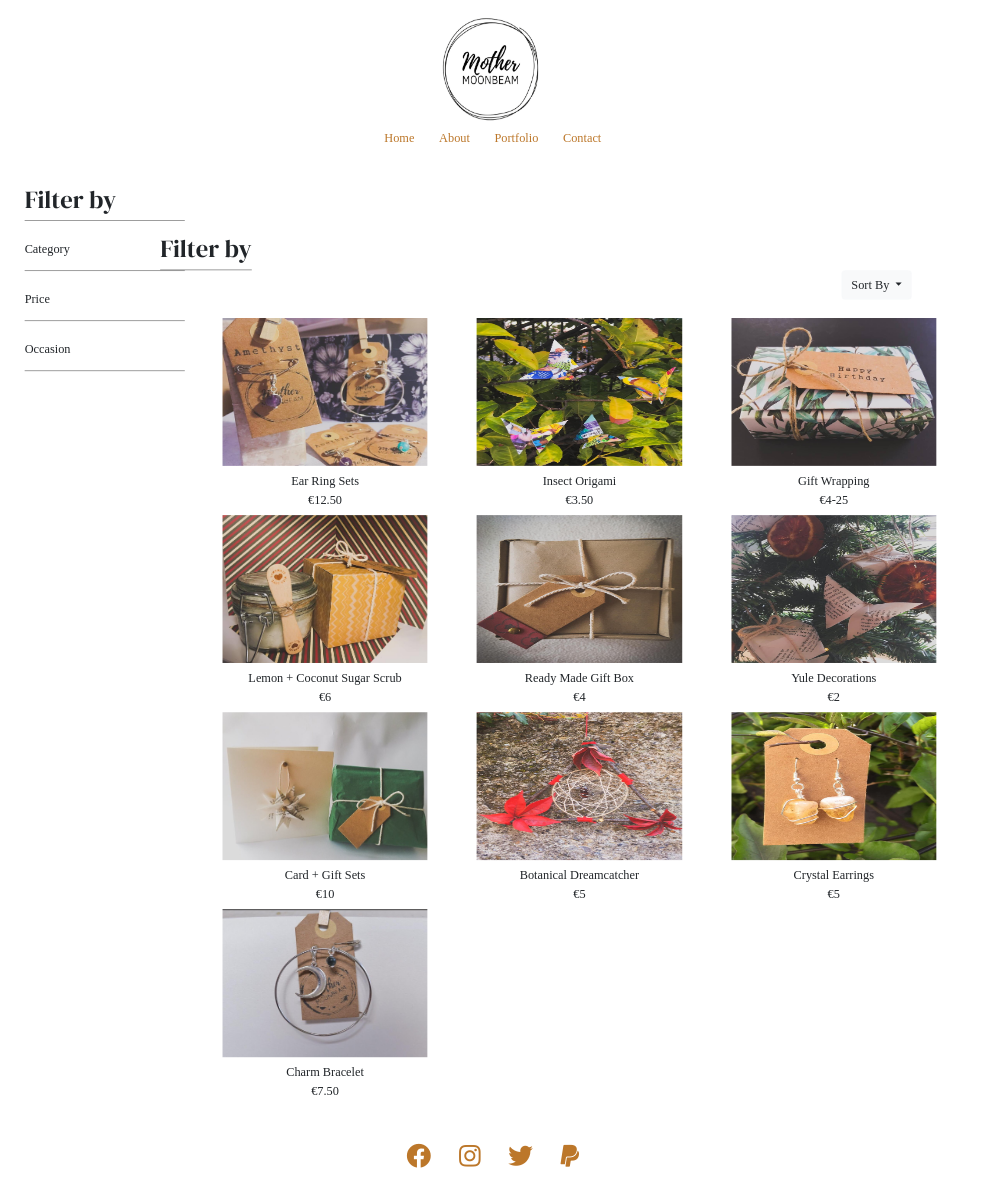
Repository: brianscan14/FE-1st-Milestone-Project
Page: Porfolio.html
The author's editor kept a record of every edit. The page is drawn from the files as they stood at one moment, then again after the next edit.
The browser window is 1280 px wide. The pictures show the whole page, at 77% of full size.
Some web libraries are served in a nearby version.

Above is the page before.

### Porfolio.html
<!DOCTYPE html>
<html lang="en">
<head>
	<meta charset="UTF-8">
	<meta name="viewport" content="width=device-width, initial-scale=1.0">
	<meta http-equiv="X-UA-Compatible" content="ie=edge">
	<link rel="stylesheet" href="https://use.fontawesome.com/releases/v5.8.2/css/all.css" type="text/css" />
	<link rel="stylesheet" href="https://stackpath.bootstrapcdn.com/bootstrap/4.3.1/css/bootstrap.min.css" type="text/css" />
	<link rel="stylesheet" href="https://stackpath.bootstrapcdn.com/bootstrap/4.3.1/css/bootstrap.min.css" type="text/css" />
	<link rel="stylesheet" href="assets/css/style.css" type="text/css" />
	<link href="https://fonts.googleapis.com/css?family=DM+Serif+Display&display=swap" rel="stylesheet">

	<title>Mother.Moonbeam | Arts & Crafts</title>
</head>

<body>


<header>

<span class="moon-logo d-none d-sm-block">
<img src="./assets/images/moonbeamlogo.png" style="width: 10em;height:10em;">
</span>

<ul class="nav nav-pills nav-small-screen mb-3 justify-content-center" id="pills-tab" role="tablist">
  <li class="nav-item">
    <a class="nav-link" id="pills-home-tab" data-toggle="pill" href="#pills-home" role="tab" aria-controls="pills-home" aria-selected="true">Home</a>
  </li>
  <li class="nav-item">
    <a class="nav-link" id="pills-profile-tab" data-toggle="pill" href="#pills-about" role="tab" aria-controls="pills-about" aria-selected="false">About</a>
  </li>
  <li class="nav-item">
    <a class="nav-link" id="pills-contact-tab" data-toggle="pill" href="#pills-portfolio" role="tab" aria-controls="pills-portfolio" aria-selected="false">Portfolio</a>
  </li>
    <li class="nav-item">
    <a class="nav-link" id="pills-contact-tab" data-toggle="pill" href="#pills-contact" role="tab" aria-controls="pills-contact" aria-selected="false">Contact</a>
  </li>
</ul>

<nav class="navbar navbar-light navbar-expand-sm nav-md-screen d-md-none fixed-top">
        <span class="navbar-brand">
                    Mother.Moonbeam <i class="fas fa-moon fa-lg"></i>
        </span>

        <button class="navbar-toggler ml-auto" type="button" data-toggle="collapse" data-target="#navbarNavDropdown" aria-controls="navbarNavDropdown" aria-expanded="false" aria-label="Toggle navigation">
        <span class="navbar-toggler-icon fa-sm"></span></button>

        <div class="collapse navbar-collapse" id="navbarNavDropdown">
            <ul class="navbar-nav mr-auto">
                <li class="nav-item ml-auto mr-auto"><a class="nav-link" href="#">Home</a></li>
                <li class="nav-item ml-auto mr-auto"><a class="nav-link" href="#">About</a></li>
                <li class="nav-item ml-auto mr-auto"><a class="nav-link" href="">Portfolio</a></li>
                <li class="nav-item ml-auto mr-auto"><a class="nav-link" href="">Contact</a></li>
            </ul>
        </div>

</nav>

</header>


<aside>


<div class="aside-section"><h2 class="shopfilterheading">Filter by</h2></div>


<div class="aside-section">
<p>
  <a class="" data-toggle="collapse" href="#collapseExample" role="button" aria-expanded="false" aria-controls="collapseExample">
    Category
  </a>
</p>
<div class="collapse" id="collapseExample">
    <div><a href="#">Origami</a></div>
    <div><a href="#">Winter Collection</a></div>
    <div><a href="#">Summer Collection</a></div>
    <div><a href="#">Gift Wrapping</a></div>
</div>
</div>

<div class="aside-section">
<p>
  <a class="" data-toggle="collapse" href="#collapseExample2" role="button" aria-expanded="false" aria-controls="collapseExample2">
    Price
  </a>
</p>
<div class="collapse" id="collapseExample2">
    <div><a href="#">0-€5</a></div>
    <div><a href="#">5-10€</a></div>
    <div><a href="#">10-20€</a></div>
    <div><a href="#">20€+</a></div>

</div>

</div>

<div class="aside-section">
<p>
  <a class="" data-toggle="collapse" href="#collapseExample3" role="button" aria-expanded="false" aria-controls="collapseExample3">
    Occasion
  </a>
</p>
<div class="collapse" id="collapseExample3">
    <div><a href="#">Birthday</a></div>
    <div><a href="#">Anniversay</a></div>
    <div><a href="#">Xmas gift sets</a></div>
</div>

</div>


</aside>


<article>

<div class="filtertest">

<div class="filterbutton" data-toggle="collapse" href="#collapseExample6" role="button" aria-expanded="false" aria-controls="collapseExample6">
    <div class="aside-section"><h2 class="shopfilterheading">Filter by</h2></div>
</div>

<div class="collapse" id="collapseExample6">

<div class="aside-section">
<p>
  <a class="" data-toggle="collapse" href="#collapseExample" role="button" aria-expanded="false" aria-controls="collapseExample">
    Category
  </a>
</p>
<div class="collapse" id="collapseExample">
    <div><a href="#">Origami</a></div>
    <div><a href="#">Winter Collection</a></div>
    <div><a href="#">Summer Collection</a></div>
    <div><a href="#">Gift Wrapping</a></div>
</div>
</div>

<div class="aside-section">
<p>
  <a class="" data-toggle="collapse" href="#collapseExample2" role="button" aria-expanded="false" aria-controls="collapseExample2">
    Price
  </a>
</p>
<div class="collapse" id="collapseExample2">
    <div><a href="#">0-€5</a></div>
    <div><a href="#">5-10€</a></div>
    <div><a href="#">10-20€</a></div>
    <div><a href="#">20€+</a></div>

</div>

</div>

<div class="aside-section">
<p>
  <a class="" data-toggle="collapse" href="#collapseExample3" role="button" aria-expanded="false" aria-controls="collapseExample3">
    Occasion
  </a>
</p>
<div class="collapse" id="collapseExample3">
    <div><a href="#">Birthday</a></div>
    <div><a href="#">Anniversay</a></div>
    <div><a href="#">Xmas gift sets</a></div>
</div>

</div>

</div>
</div>

<div class="sortby mb-2">

<div class="btn-group">
  <button type="button" class="btn btn-light dropdown-toggle" data-toggle="dropdown" aria-haspopup="true" aria-expanded="false">
    Sort By
  </button>
  <div class="dropdown-menu">
    <button class="dropdown-item" type="button">Price (low to high)</button>
    <button class="dropdown-item" type="button">Price (high to low)</button>
    <button class="dropdown-item" type="button">Name (A-Z)</button>
    <button class="dropdown-item" type="button">Name (Z-A)</button>
  </div>
</div>
</div>

<div class="row shopfront">

    <div class="col-6 col-md-4 shop-item">
        <img class="shop-item1" src="./assets/images/shopitems/item1.jpg"></img>
            <div class="overlay">
            <div class="overlaytext"><a href="#">Quick View</a></div>
            </div>
        <div class="shop-photo-title">Ear Ring Sets
            <a href="#"><p>€12.50</p></a>
        </div>
    </div>
    <div class="col-6 col-md-4 shop-item">
            <img class="shop-item1" src="./assets/images/shopitems/item2.jpg"></img>
            <div class="overlay">
            <div class="overlaytext"><a href="#">Quick View</a></div>
            </div>
        <div class="shop-photo-title">Insect Origami
            <a href="#"><p>€3.50</p></a>
        </div>
    </div>
    <div class="col-6 col-md-4 shop-item">
            <img class="shop-item1" src="./assets/images/shopitems/item3.jpg"></img>
            <div class="overlay">
            <div class="overlaytext"><a href="#">Quick View</a></div>
            </div>
        <div class="shop-photo-title">Gift Wrapping
            <a href="#"><p>€4-25</p></a>
        </div>
    </div>
    <div class="col-6 col-md-4 shop-item">
            <img class="shop-item1" src="./assets/images/shopitems/item4.jpg"></img>
            <div class="overlay">
            <div class="overlaytext"><a href="#">Quick View</a></div>
            </div>
        <div class="shop-photo-title">Lemon + Coconut Sugar Scrub
            <a href="#"><p>€6</p></a>
        </div>
        </div>
    <div class="col-6 col-md-4 shop-item">
            <img class="shop-item1" src="./assets/images/shopitems/item5.jpg"></img>
            <div class="overlay">
            <div class="overlaytext"><a href="#">Quick View</a></div>
            </div>
        <div class="shop-photo-title">Ready Made Gift Box
            <a href="#"><p>€4</p></a>
        </div>
    </div>
    <div class="col-6 col-md-4 shop-item">
            <img class="shop-item1" src="./assets/images/shopitems/item6.jpg"></img>
            <div class="overlay">
            <div class="overlaytext"><a href="#">Quick View</a></div>
            </div>
        <div class="shop-photo-title">Yule Decorations
            <a href="#"><p>€2</p></a>
        </div>
    </div>
    <div class="col-6 col-md-4 shop-item">
            <img class="shop-item1" src="./assets/images/shopitems/item7.jpg"></img>
            <div class="overlay">
            <div class="overlaytext"><a href="#">Quick View</a></div>
            </div>
        <div class="shop-photo-title">Card + Gift Sets
            <a href="#"><p>€10</p></a>
        </div>
    </div>
    <div class="col-6 col-md-4 shop-item">
            <img class="shop-item1" src="./assets/images/shopitems/item8.jpg"></img>
            <div class="overlay">
            <div class="overlaytext"><a href="#">Quick View</a></div>
            </div>
        <div class="shop-photo-title">Botanical Dreamcatcher
            <a href="#"><p>€5</p></a>
        </div>
    </div>
    <div class="col-6 col-md-4 shop-item">
            <img class="shop-item1" src="./assets/images/shopitems/item9.jpg"></img>
            <div class="overlay">
            <div class="overlaytext"><a href="#">Quick View</a></div>
            </div>
        <div class="shop-photo-title">Crystal Earrings
            <a href="#"><p>€5</p></a>
        </div>
    </div>
    <div class="col-6 col-md-4 shop-item">
            <img class="shop-item1" src="./assets/images/shopitems/item10.jpg"></img>
            <div class="overlay">
            <div class="overlaytext"><a href="#">Quick View</a></div>
            </div>
        <div class="shop-photo-title">Charm Bracelet
            <a href="#"><p>€7.50</p></a>
        </div>
    </div>

</div>


</article>

<footer>

    <div class="footer-main-section no-gutters footer-icons">
    <a href="https://www.youtube.com/" title="facebook" target="_blank"><i class="fab fa-facebook fa-2x"></i></a>
    <a href="https://www.youtube.com/" title="instagram" target="_blank"><i class="fab fa-instagram fa-2x"></i></a>
    <a href="https://www.youtube.com/" title="twitter" target="_blank"><i class="fab fa-twitter fa-2x"></i></a>
    <a href="https://www.youtube.com/" title="paypal" target="_blank"><i class="fab fa-paypal fa-2x"></i></a>
    </div>

</footer>

<script src="https://code.jquery.com/jquery-3.3.1.slim.min.js" integrity="sha384-q8i/X+965DzO0rT7abK41JStQIAqVgRVzpbzo5smXKp4YfRvH+8abtTE1Pi6jizo" crossorigin="anonymous"></script>
<script src="https://cdnjs.cloudflare.com/ajax/libs/popper.js/1.14.7/umd/popper.min.js" integrity="sha384-UO2eT0CpHqdSJQ6hJty5KVphtPhzWj9WO1clHTMGa3JDZwrnQq4sF86dIHNDz0W1" crossorigin="anonymous"></script>
<script src="https://stackpath.bootstrapcdn.com/bootstrap/4.3.1/js/bootstrap.min.js" integrity="sha384-JjSmVgyd0p3pXB1rRibZUAYoIIy6OrQ6VrjIEaFf/nJGzIxFDsf4x0xIM+B07jRM" crossorigin="anonymous"></script>


</body>



</html>

### assets/css/style.css
body {
        font-family: 'PT Serif', serif;
}

/*------------------------------------------------------------------------------------------article/home page*/


.homepic {
    width: 100%;
    height: 20em;
    right: 0;
}

@media only screen and (max-width: 576px) {
  .homepic {
    margin-left: auto;
    margin-right: auto;
  }
}

.brownmoonbeampic {
    width: 20em;
    height: 15em;
}

@media only screen and (max-width: 767px) {
  .brownmoonbeampic {
    display: none;
  }
}

.brownpicshopnow {
    width: 10em;
    background-color: #fafafa;
    margin-left: 3em;
    margin-top: 1.5em;
    color: #bc772a;
    border-color: #bc772a;

}

.nojobbackground2 {
    background-color: #ff9344;
    background-image: url("https://i.ytimg.com/vi/XyB8GuwWMIs/maxresdefault.jpg");
    background-repeat: no-repeat;
    background-size: cover;
    height: 15em;
    margin-left: 2.5em;
    margin-right: auto;
}

@media only screen and (max-width: 767px) {
  .nojobbackground2 {
    margin-left: auto;
    margin-right: auto;
    margin-top: 2em;
  }
}

.middlebit {
    background-color: #fff;
    height: 7.5em;
    width: 7.5em;
    margin-top: 3.75em;
    margin-bottom: 3.75em;
}

.ordernowbackground1 {
    background-color: #adf1f0;
    background-image: url("https://encrypted-tbn0.gstatic.com/images?q=tbn:ANd9GcSF4tOdD5G7xMao6fnyYk41UEF843OMnBIeMGyF0L1Ur5OcUEVh");
    background-repeat: no-repeat;
    background-size: cover;
    height: 15em;
    margin-right: 2.5em;
    margin-left: auto;
}

@media only screen and (max-width: 767px) {
  .ordernowbackground1 {
    margin-left: auto;
    margin-right: auto;
  }
}

.custombit {
    text-align: center;
    padding-top: 1em;
    border: double;
    font-family: 'Courgette', cursive;

}

.shopnowbit {
    text-align: center;
    padding-top: 1em;
    border: double;
}

.shopcollectionhome {
    font-family: 'Sacramento', cursive;

    height: 10em;
    margin-right: 2.5em;
    margin-left: auto;
    margin-top: 0.5em;
}

.summerblog {
    background-color: #adf1f0;
    height: 15em;
    margin-left: 2.5em;
    margin-right: auto;
    z-index: 1;
}

.summerblogpic {
    height: 100%;
    width: 100%;
}

.summerblogborder1 {
    height: 15em;
    margin-left: -1.5em;
    margin-right: 1.5em;
    margin-top: -16.5em;
    border-style: solid;
    border-width: medium;
    z-index: 2;
}

.bealtaine {
    padding-left: 5px;
    letter-spacing: 6px;
}

.bealtainebloglink {
    text-decoration: none;
    color: inherit;
}

.bealtainebloglink a:hover {
    text-decoration: none;
    color: red;
}

.summerblogpic {
    height: 100%;
    width: 100%;
}

.springblog {
    background-color: #fafafa;
    height: 25em;
    margin-right: 2.5em;
    margin-left: auto;
    margin-top: -5em;
    border-style: solid;
    border-width: medium;
}
.winterorigamipic {
    height: 100%;
    width: 100%;
}

.origami-title {
    padding-top: 5px;
}

.autumnblog {
    background-color: #fafafa;
    height: 25em;
    margin-left: 2.5em;
    margin-right: auto;
    z-index: 1;
    border-style: solid;
    border-width: medium;
}

.autumnblogborder1 {
    height: 25em;
    margin-left: -1.5em;
    margin-right: 1.5em;
    margin-top: -4.5em;
    z-index: 2;
}

.yulebloglink {
    margin-right: 0.5em;
    margin-left: auto;
    text-align: right;

}

@media only screen and (max-width: 767px) {
.smallhomescreen {
    margin-left: auto;
    margin-right: 2.5em;
    margin-bottom: 3em;
}
}
@media only screen and (max-width: 767px) {
.shopcollectionhome {
    margin-left: auto;
    margin-right: auto;
    margin-top: -1em;
    margin-bottom: 4em;
    text-align: center;
}
}

@media only screen and (max-width: 767px) {
.springblog {
    margin-left: auto;
    margin-right: auto;

}
}

/*---------------------------------------------------------------------------------------------bottom insta photos*/

#instapiccontainer {
	width: 100%;
	overflow: hidden;
	background: #fff;
}

.photobanner {
	height: 15em;
	width: 2100px;
	margin-top: 4em;
}


.instapic {
    width: 350px;
    height: 20em;
}

.instapicsheading {
    padding-left: 10px;
    font-family: 'Barriecito', cursive;

}

.firstbannerpic {
 -webkit-animation: bannermove 30s linear infinite;
    -moz-animation: bannermove 30s linear infinite;
     -ms-animation: bannermove 30s linear infinite;
      -o-animation: bannermove 30s linear infinite;
         animation: bannermove 30s linear infinite;
}

@keyframes "bannermove" {
 0% {
    margin-left: 0px;
 }
 100% {
    margin-left: -2125px;
 }

}

@-moz-keyframes bannermove {
 0% {
   margin-left: 0px;
 }
 100% {
   margin-left: -2125px;
 }

}

@-webkit-keyframes "bannermove" {
 0% {
   margin-left: 0px;
 }
 100% {
   margin-left: -2125px;
 }

}


@-o-keyframes "bannermove" {
 0% {
   margin-left: 0px;
 }
 100% {
   margin-left: -2125px;
 }

}

@media only screen and (max-width: 767px) {
  .photobanner {
    display: none;
  }
}



/*-----------------------------------------------------------------------------------------------------Nav nar*/




.nav-pills .nav-link:hover {
    color: #fff;
    background-color: #bc772a;
    transition-timing-function: ease-in-out;
    transition-duration: 1s;
    opacity: 0.2;
}

.nav-pills .nav-link.active {
    color: #fafafa;
    background-color: #bc772a;
}

.nav-pills .nav-link:visited {
    color: #fff;
    background-color: #bc772a;
}

.nav-pills a {
    transition-timing-function: ease-in-out;
    transition-duration: 1s;
    color: #bc772a;
}

.navbar {
    background-color: #fafafa;
}

.moon-logo {
    text-align: center;
    padding-right: .5em;
}

@media only screen and (max-width: 576px) {
  .nav-small-screen {
    display: none;
  }
}

@media only screen and (min-width: 579px) {
  .nav-md-screen {
    display: none;
  }
}


/*------------------------------------------------------------------------------------------------------about page*/

.aboutpic {
    width: 100%;
    height: 28em;
}

@media only screen and (max-width: 576px) {
.about-writing {
    margin-top: 0.5em;
}
}

@media only screen and (min-width: 579px) {
.about-writing {
    margin-top: 2.5em;
}
}

.about-section {
    background-color: #d6efed;
}

.about-shop-link {
    color: #fd33ff;
    text-decoration: none;
}

.about-work-link {
    font-family: 'Aguafina Script', cursive;
    font-size: 25px;
    text-decoration: none;
    color: inherit;
}

.btn-sub {
    background-color: #fafafa;
    color: #fd33ff;
    border-color: #fd33ff;
}

@media only screen and (max-width: 576px) {
  .about-paragraph {
    width: 90%;
  }
}

@media only screen and (min-width: 579px) {
  .about-paragraph {
    width: 95%;
  }
}

/*---------------------------------------------------------------------------------------------------------contact page*/


.form-group {
    text-align: center;
    margin: auto;
    margin-top: 2em;
}

.contact-heading {
    text-align: center;
    margin-bottom: 1em;
    width: 30%;
    margin-left: auto;
    margin-right: auto;
    font-family: 'DM Serif Display', serif;
    color: pink;
}

.headingborder {
    border-bottom:  1px solid gray;
    width: 15%;
    margin-left: auto;
    margin-right: auto;
}

.form-submit-button {
    margin-top: 40px;
}

#inputtext {
    height: 10em;
    resize: none;
    padding-top: 0.5em;
}

.contactsendbutton {
    color: pink;
    border-color: pink;
}


/*-----------------------------------------------------------------------------------------shop*/


aside {
    width: 20%;
    background-color: #fff;
    display: inline-block;
    float: left;

}

@media only screen and (max-width: 576px) {
 aside {
    display: none;
  }
}

article {
    width: 80%;
    float: right;

        display: inline-block;
}

.aside-section {
    border-bottom: 1px solid gray;
    margin-top: 1.5em;
    margin-left: 2em;
    margin-right: 1em;
}

.shopfilterheading {
    font-family: 'DM Serif Display', serif;

}

@media only screen and (max-width: 576px) {
  .shopfront {
margin-left: -4em;
  }
}

.shopfront {
    padding: 1em;
    margin-right: 1em;
}

.shop-item {
    width: 10em;
    height: 15em;
    margin-bottom: 1em;
    padding-right: 2em;
    padding-left: 2em;
}

@media only screen and (max-width: 576px) {
  .shop-item {
    padding-right: 0.5em;
    padding-left: 0.5em;
  }
}

.shop-item1 {
    width: 100%;
    height: 80%
}

.shop-photo-title {
    text-align: center;
    width: 100%;
    padding-top: 0.5em;

}

.sortby {
    margin-right: 6em;
    text-align: right;
    margin-left: auto;
    margin-bottom: 2em;
}

@media only screen and (max-width: 576px) {
  .sortby {
    margin-top: 4em;
    margin-bottom: 1em;
        margin-right: 0em;
        display: inline-block;
        margin-left: -4em;
  }
}

/*------------------------------------------------------------------------------smale screen hoverstuff*/



.filtertest {
    margin-left: -5em;
    margin-top: 4em;
    margin-right: 7em;
    display: inline-block;

}


/*------------------------------------------------------------------------------hoverstuff*/


.overlay {
  position: absolute;
  bottom: 100%;
  left: 0;
  right: 0;
  background-color: #fafafa;
  overflow: hidden;
  width: 60%;
  height:0;
  transition: .5s ease;
  margin-left: auto;
  margin-right: auto;
}

.shop-item:hover .overlay {
  bottom: 3em;
  height: 20%;
  color: pink;
  text-decoration: none;
}

.overlaytext {
  color: pink;
  font-size: 20px;
  position: absolute;
  top: 50%;
  left: 50%;
  -webkit-transform: translate(-50%, -50%);
  -ms-transform: translate(-50%, -50%);
  transform: translate(-50%, -50%);
  text-align: center;
}

/*----links coloring------------------------------------------------------------------------*/

a {
     color: inherit;
     text-decoration: none;
}

a:hover {
     color: #bc772a;
     text-decoration: none;
}




/*----------------------------------------------------------------------------------footer*/


.footer-main-section {
    width: 100%;
    background-color: #fff;
    text-align: center;
    padding: 2em;
    vertical-align: middle;
    margin-top: 0.5em;
    margin-left: auto;
    margin-right: auto;
    display: block;
    bottom: 0;
      left: 0;
        clear: both;
}


.footer-icons a {
    padding-left: 1em;
    padding-right: 1em;
    color: #bc772a;
}

.footer-icons a:hover {
    color: #a0a6ad;
    transition-timing-function: ease-in-out;
    transition-duration: 0.5s;

}

After the next edit:
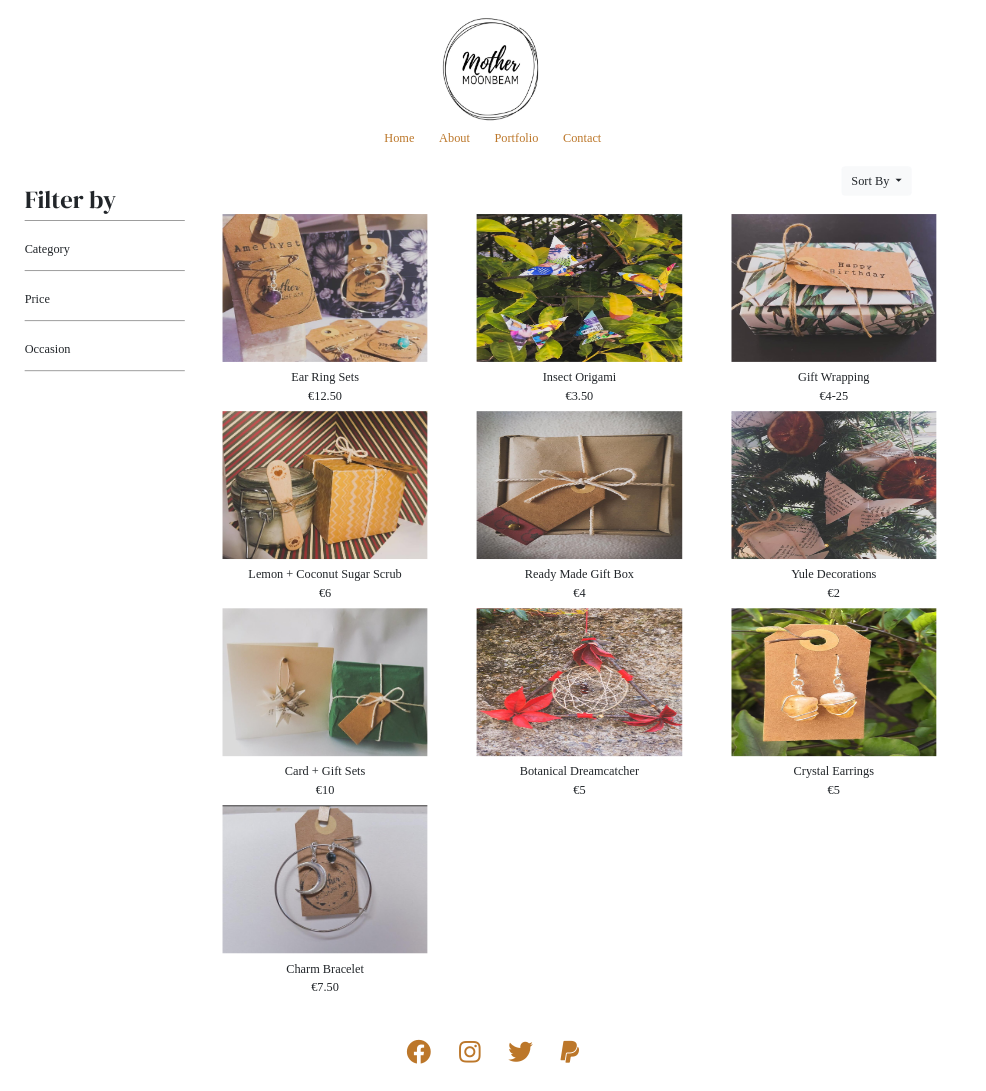
The edit:
--- a/assets/css/style.css
+++ b/assets/css/style.css
@@ -547,7 +547,11 @@
     display: inline-block;
 
 }
-
+@media only screen and (min-width: 576px) {
+  .filtertest {
+        display:none;
+              }
+}
 
 /*------------------------------------------------------------------------------hoverstuff*/
 
